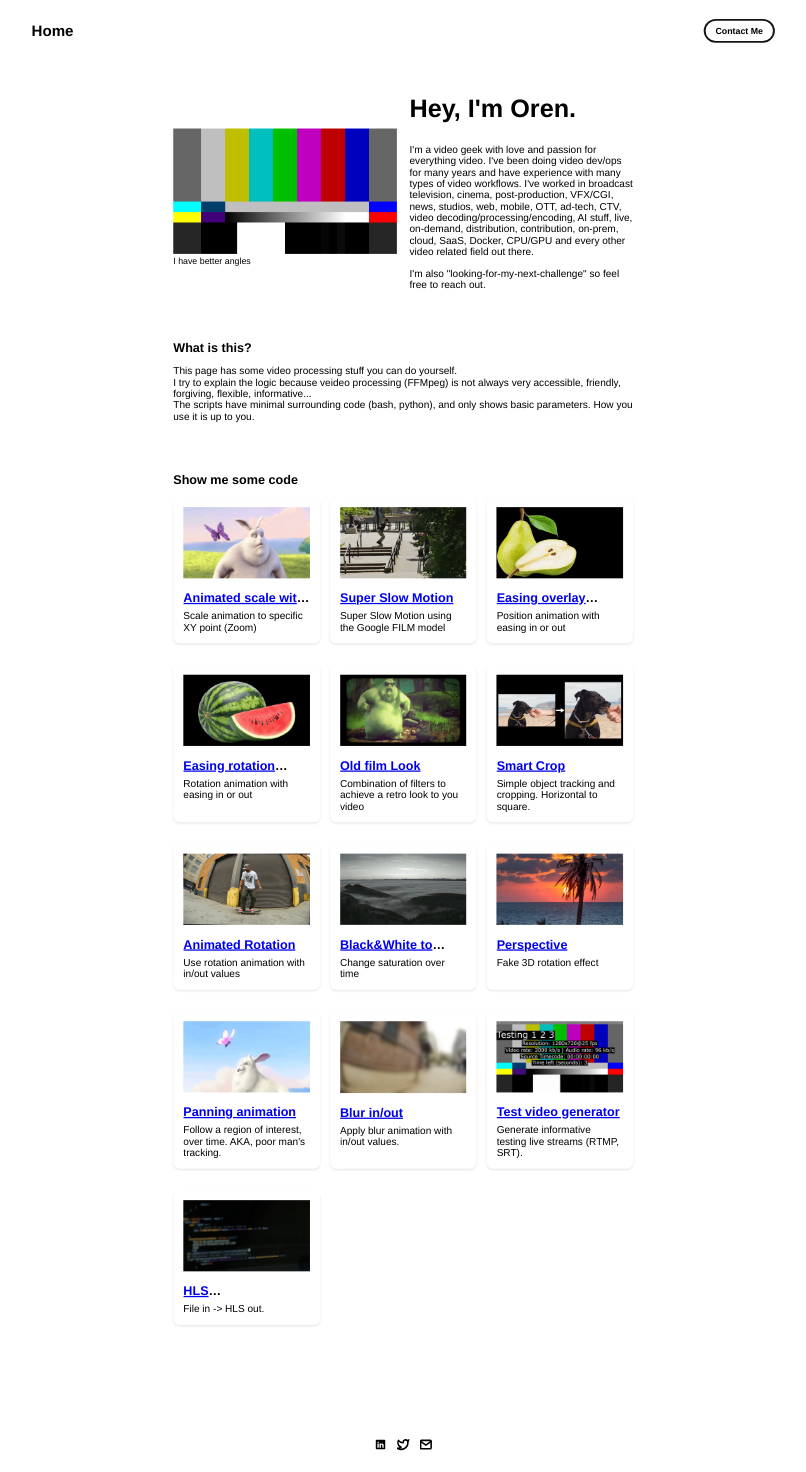
Repository: OrenShalmy/orenshalmy.github.io
Page: index.html
These files come from the project's save history. The page is drawn as it stood at one moment and after the next save; the edit follows.
The browser window is 1280 px wide. The pictures show the whole page, at 63% of full size.

Above is the page before, as saved 2024-09-16 16:17:22.

After the next save:
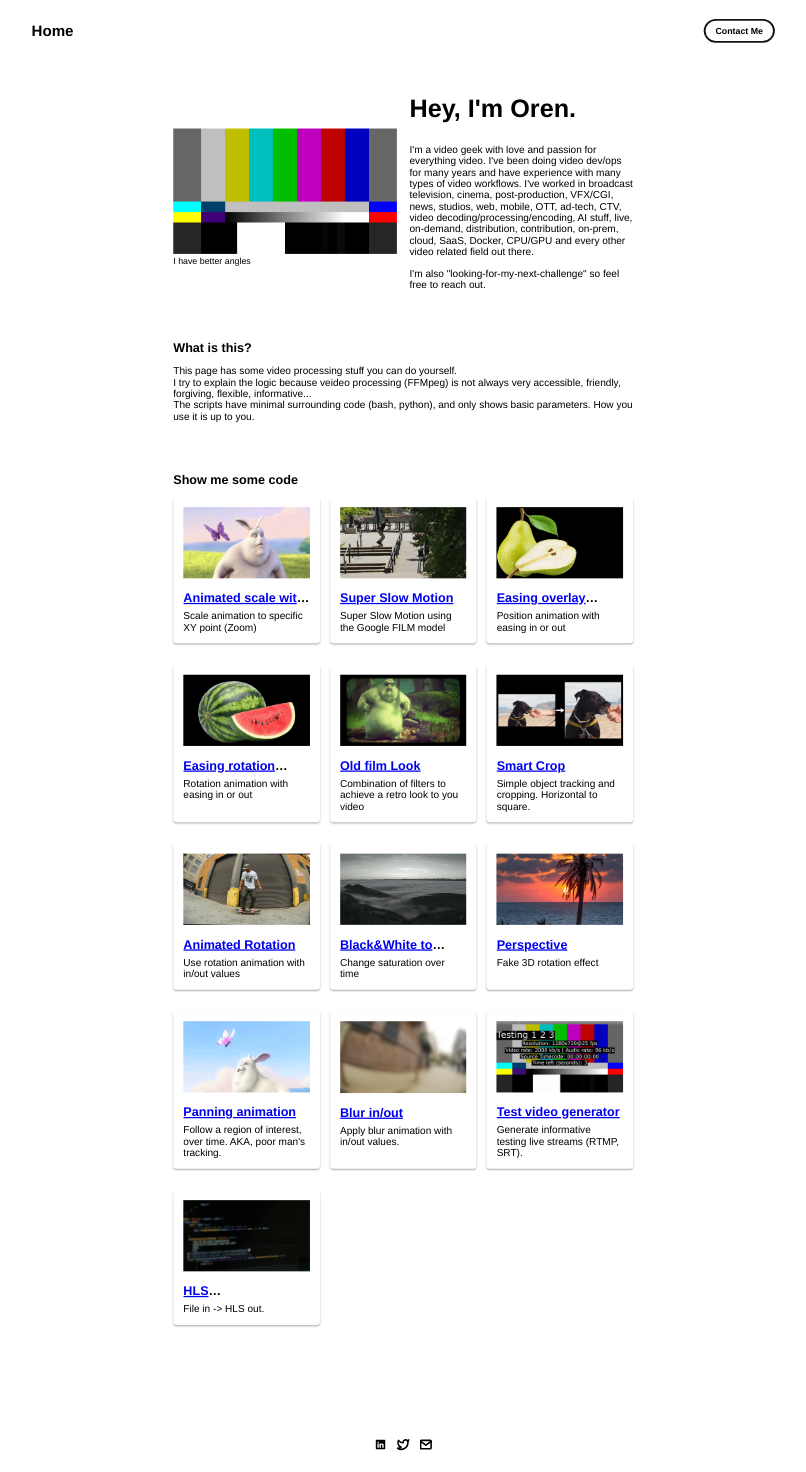
Saved 13 s later.
--- a/css/layout.css
+++ b/css/layout.css
@@ -19,8 +19,7 @@
 /* Main Page Layout */
 
 #main-content {
-  max-width: 80%;
-  margin: 0 auto;
+  margin: 100px 425px;
   display: flex;
   flex-direction: column;
   gap: 64px;
@@ -85,16 +84,23 @@
 
     /* Project Cards */
 
+    /* .project-card {
+      max-width: calc((100% - 32px) / 3);
+      display: flex;
+      flex-direction: column;
+      gap: 20px;
+    } */
+
     .project-card {
       max-width: calc((100% - 32px) / 3);
       display: flex;
       flex-direction: column;
       gap: 20px;
-      border-radius: 10px; /* Add rounded corners */
-      box-shadow: 0px 2px 4px rgba(0, 0, 0, 0.1); /* Add drop shadow */
+      border-radius: 5px; /* Add rounded corners */
+      box-shadow: 0px 2px 3px rgba(0, 0, 0, 0.3); /* Add drop shadow */
       overflow: hidden; /* Clip content to fit within the rounded corners */
       padding: 16px; /* Add padding to create space around the text */
-      cursor: pointer; /* Make the card clickable */
+      /* cursor: pointer; */
     }
 
     .project-card-text-container {
